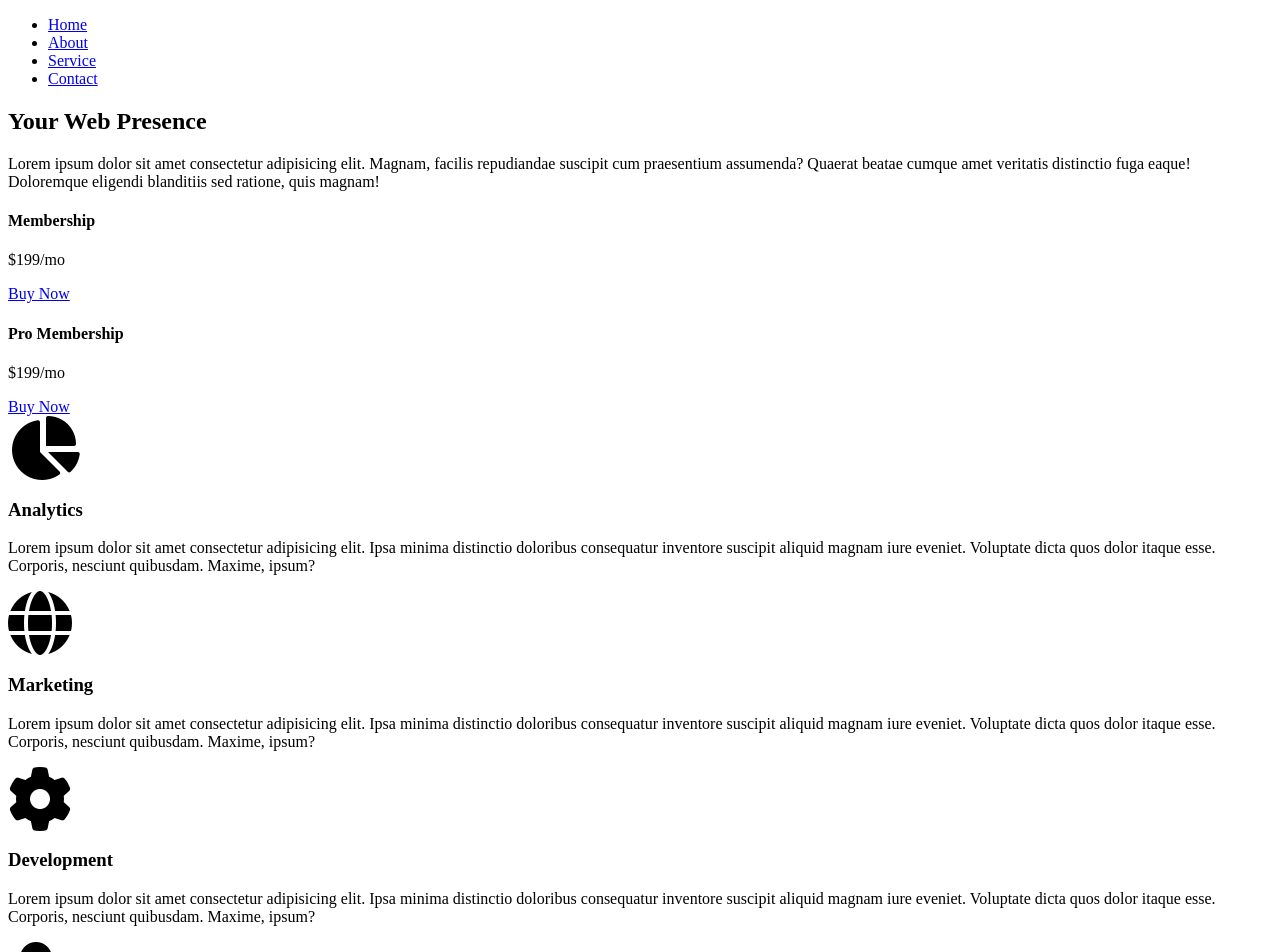
Repository: 1813404040072/grid-demo
Page: index.html
The author's editor kept a copy of each file at every save. The page is drawn from the files as they stood at one save, then again after a run of saves.
The browser window is 1280 px wide. The pictures show the part of the page from y = 0 to 952 px (the page is 1962 px tall before and 1964 px after).
Some web libraries are served in a nearby version.

Above is the page before, as saved 2019-12-24 23:09:27.

### index.html
<!DOCTYPE html>
<html lang="en">
<head>
    <meta charset="UTF-8">
    <meta name="viewport" content="width=device-width, initial-scale=1.0">
    <meta http-equiv="X-UA-Compatible" content="ie=edge">
    <title>GridBiz</title>
    <script src="https://kit.fontawesome.com/a076d05399.js"></script>
    <link rel="stylesheet" href="style.css"/>
</head>
<body>
    <div class="wrapper">
        <!-- Navigation -->
        <nav class="main-nav">
            <ul>
                <li><a href="#">Home</a></li>
                <li><a href="#">About</a></li>
                <li><a href="#">Service</a></li>
                <li><a href="#">Contact</a></li>
            </ul>
        </nav>
        <!-- Top container -->
        <section class="top-container">
            <header class="showcase">
                <h1>Your Web Presence</h1>
                <p>Lorem ipsum dolor sit amet consectetur adipisicing elit. Magnam, facilis repudiandae suscipit cum praesentium assumenda? Quaerat beatae cumque amet veritatis distinctio fuga eaque! Doloremque eligendi blanditiis sed ratione, quis magnam!</p>
                <a href="#" class="btn"></a>
            </header>
            <div class="top-box top-box-a">
                <h4>Membership</h4>
                <p class="price">$199/mo</p>
                <a href="#"class="btn">Buy Now</a>
            </div>
            <div class="top-box top-box-a">
                <h4>Pro Membership</h4>
                <p class="price">$199/mo</p>
                <a href="#"class="btn">Buy Now</a>
            </div>
        </section>

        <!-- Boxes Section -->
        <section class="boxes">
            <div class="box">
                <i class="fas fa-chart-pie fa-4x"></i>
                <h3>Analytics</h3>
                <p>
                    Lorem ipsum dolor sit amet consectetur adipisicing elit. Ipsa minima distinctio doloribus consequatur inventore suscipit aliquid magnam iure eveniet. Voluptate dicta quos dolor itaque esse. Corporis, nesciunt quibusdam. Maxime, ipsum?
                </p>
            </div>
            <div class="box">
                <i class="fas fa-globe fa-4x"></i>
                <h3>Marketing</h3>
                <p>
                    Lorem ipsum dolor sit amet consectetur adipisicing elit. Ipsa minima distinctio doloribus consequatur inventore suscipit aliquid magnam iure eveniet. Voluptate dicta quos dolor itaque esse. Corporis, nesciunt quibusdam. Maxime, ipsum?
                </p>
            </div>
            <div class="box">
                <i class="fas fa-cog fa-4x"></i>
                <h3>Development</h3>
                <p>
                    Lorem ipsum dolor sit amet consectetur adipisicing elit. Ipsa minima distinctio doloribus consequatur inventore suscipit aliquid magnam iure eveniet. Voluptate dicta quos dolor itaque esse. Corporis, nesciunt quibusdam. Maxime, ipsum?
                </p>
            </div>
            <div class="box">
                <i class="fas fa-user fa-4x"></i>
                <h3>Support</h3>
                <p>
                    Lorem ipsum dolor sit amet consectetur adipisicing elit. Ipsa minima distinctio doloribus consequatur inventore suscipit aliquid magnam iure eveniet. Voluptate dicta quos dolor itaque esse. Corporis, nesciunt quibusdam. Maxime, ipsum?
                </p>
            </div>
        </section>
        <!-- Info Section -->
        <section class="info">
            <img src="img/pic1.jpg" alt="">
            <h2>Your Bussiness on the web</h2>
            <p>Lorem ipsum dolor, sit amet consectetur adipisicing elit. Nulla dolore ipsum hic maxime laboriosam accusantium quisquam blanditiis ipsa incidunt possimus! Id distinctio optio vitae consequuntur iste mollitia esse nisi eius?</p>
            <a href="#" class="btn">Learn More</a>
        </section>


        <!-- Portfolio -->
        <section class="portfolio">
            <img src="https://source.unsplash.com/random/200x200" alt="">
            <img src="https://source.unsplash.com/random/200x200" alt="">
            <img src="https://source.unsplash.com/random/200x200" alt="">
            <img src="https://source.unsplash.com/random/200x200" alt="">
            <img src="https://source.unsplash.com/random/200x200" alt="">
            <img src="https://source.unsplash.com/random/200x200" alt="">
            <img src="https://source.unsplash.com/random/200x200" alt="">
            <img src="https://source.unsplash.com/random/200x200" alt="">
            <img src="https://source.unsplash.com/random/200x200" alt="">
        </section>

        <!-- Footer -->
        <footer>
            <p>GridBiz &copy; 2019</p>
        </footer>

    </div>
    <!-- wrapper Ends -->

</body>
</html>

### style.css
/* CSS Variables */
:root {
    --primary: #ddd;
    --dark: #333;
    --light: #fff;
    --shadow: 0 1px 5px rgba(104, 104, 104, 0.8);
}

html{
    box-sizing: border-box;

}

After the next 7 saves:
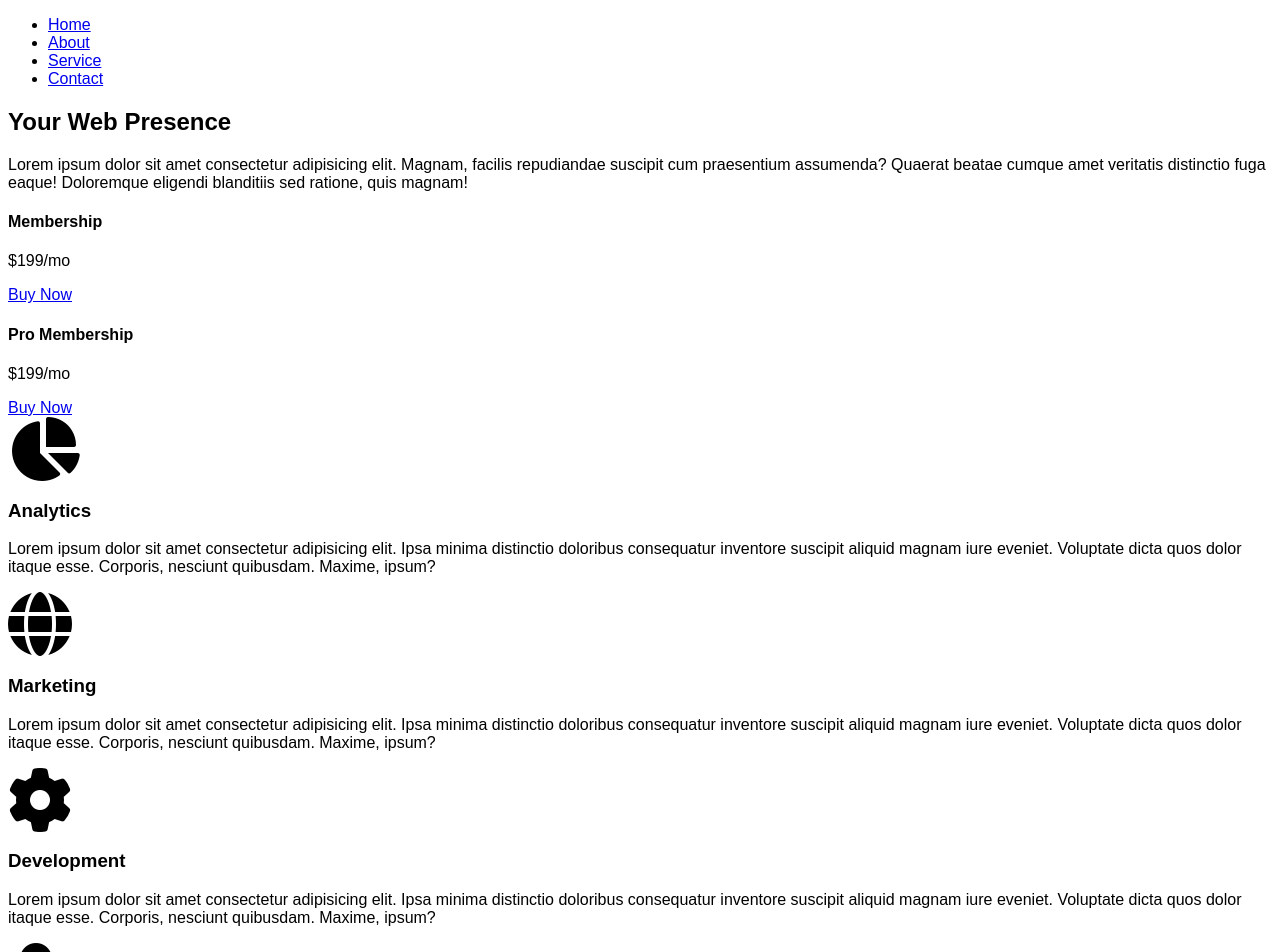
The 7 saves are shown as one change because they came seconds apart.
The last was saved 14 s later.
--- a/style.css
+++ b/style.css
@@ -8,5 +8,6 @@
 
 html{
     box-sizing: border-box;
-
+    font-family: Arial, Helvetica, sans-serif;
+    color: ;
 }
